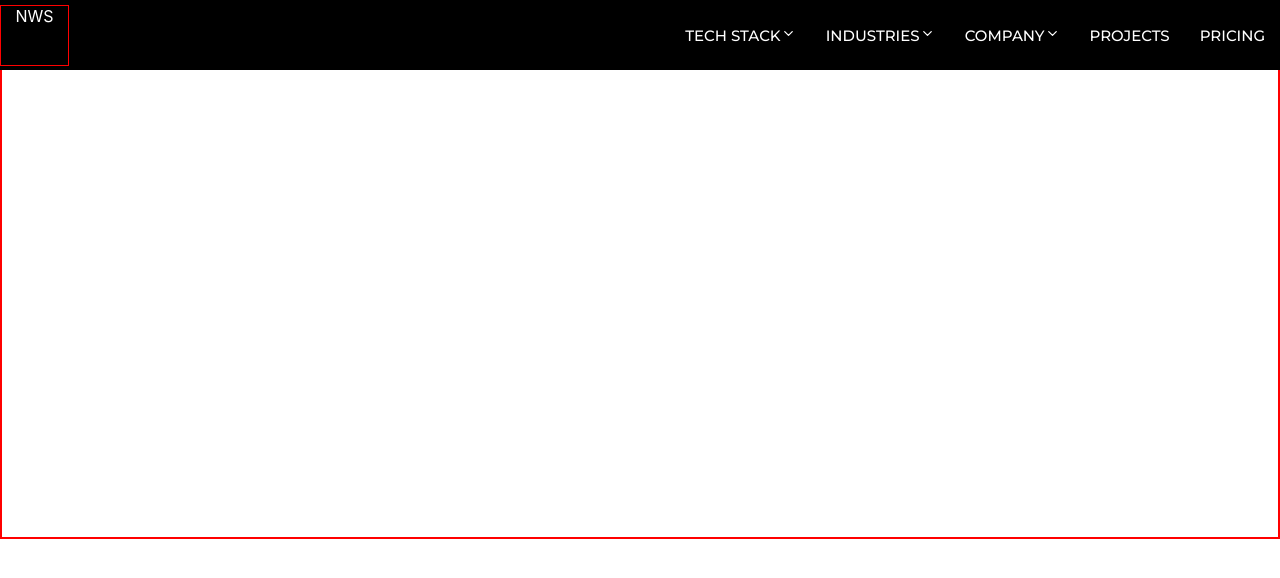
Repository: EdgarSargsyan2001/NWSlab21062022
Page: /
The author's editor kept a copy of each file at every save. The page is drawn from the files as they stood at one save, then again after a run of saves.
The browser window is 1280 px wide. The pictures show the whole page.
The project was rebuilt for these pictures with package versions that can differ from the ones it lists, and the page was loaded fresh each time.

Above is the page before, as saved 2022-06-23 11:34:59.

### public/index.html
<!DOCTYPE html>
<html lang="en">
  <head>
    <meta charset="utf-8" />
    <link rel="icon" href="%PUBLIC_URL%/favicon.ico" />
    <meta name="viewport" content="width=device-width, initial-scale=1" />
    <meta name="theme-color" content="#000000" />
    <meta
      name="description"
      content="Web site created using create-react-app"
    />
    <link rel="preconnect" href="https://fonts.googleapis.com">
    <link rel="preconnect" href="https://fonts.gstatic.com" crossorigin>
    <link href="https://fonts.googleapis.com/css2?family=Grandstander:ital,wght@0,100;0,200;0,300;0,400;0,500;0,600;0,700;1,100;1,200;1,300;1,400;1,500;1,600;1,700&family=Montserrat:ital,wght@0,100;0,200;0,300;0,400;0,500;0,600;1,100;1,200;1,300;1,400;1,500;1,600&display=swap" rel="stylesheet">
    <link rel="apple-touch-icon" href="%PUBLIC_URL%/logo192.png" />
    <!--
      manifest.json provides metadata used when your web app is installed on a
      user's mobile device or desktop. See https://developers.google.com/web/fundamentals/web-app-manifest/
    -->
    <link rel="manifest" href="%PUBLIC_URL%/manifest.json" />
    <!--
      Notice the use of %PUBLIC_URL% in the tags above.
      It will be replaced with the URL of the `public` folder during the build.
      Only files inside the `public` folder can be referenced from the HTML.

      Unlike "/favicon.ico" or "favicon.ico", "%PUBLIC_URL%/favicon.ico" will
      work correctly both with client-side routing and a non-root public URL.
      Learn how to configure a non-root public URL by running `npm run build`.
    -->
    <title>React Redux App</title>
  </head>
  <body>
    <noscript>You need to enable JavaScript to run this app.</noscript>
    <div id="root"></div>
    <!--
      This HTML file is a template.
      If you open it directly in the browser, you will see an empty page.

      You can add webfonts, meta tags, or analytics to this file.
      The build step will place the bundled scripts into the <body> tag.

      To begin the development, run `npm start` or `yarn start`.
      To create a production bundle, use `npm run build` or `yarn build`.
    -->
  </body>
</html>

### src/index.tsx
import React from 'react';
import { createRoot } from 'react-dom/client';
import { Provider } from 'react-redux';
import { BrowserRouter } from "react-router-dom";
import { store } from './app/store';
import App from './App';
import reportWebVitals from './reportWebVitals';
import './index.css';

const container = document.getElementById('root')!;
const root = createRoot(container);

root.render(
  // <React.StrictMode>
  <BrowserRouter>
    <Provider store={store}>
      <App />
    </Provider>
    </BrowserRouter>
  // </React.StrictMode>
);

// If you want to start measuring performance in your app, pass a function
// to log results (for example: reportWebVitals(console.log))
// or send to an analytics endpoint. Learn more: https://bit.ly/CRA-vitals
reportWebVitals();

### src/app/store.ts
import { configureStore } from "@reduxjs/toolkit";



export const store = configureStore({
  reducer: {

  },
});

### src/App.tsx
import React from 'react';
import { Route, Routes } from 'react-router-dom';
import './App.css';
import MainLayout from './Layouts/mainLayout/MainLayout';
import HomePage from './Pages/HomePage/HomePage';

function App() {
  return (
    <div >
        <Routes>
          <Route path='/' element={<MainLayout/>}>
            <Route path='/' element={<HomePage/>}  />
            {/* <Route path='' element={} /> */}
            {/* <Route path='' element={} /> */}
            {/* <Route path='' element={} /> */}
          </Route>
        </Routes>
    </div>
  );
}

export default App;

### src/Layouts/mainLayout/MainLayout.tsx


import { Outlet } from "react-router-dom";
import Footer from "../Footer/Footer";
import Header from "../Header/Header";
import "./MainLayout.css";



export default function MainLayout(){

    return(
        <div >
            <Header />

            <Outlet />

            <Footer />
        </div>
    )
}

### src/Pages/HomePage/HomePage.tsx
import React from 'react'
import MainComp1 from '../../Components/VideoMain/mainComp1/mainComp1'
import VideoMain from '../../Components/VideoMain/VideoMain'


function HomePage() {
  return (
    <div className='homePage'>
        {/* <VideoMain
            path='./Assets/main.gif'
            height='900px'
            text="it outstaffing company "
        /> */}
        {/* <MainComp1
          titleMain='fuel your project with an expert team of industry focused engineers'
          btnOpen={false}
          title1='Extensive experience'
          desc1='For over a decade we have developed thousands of outstanding projects that helped our clients accomplish their business goals'
          num1='1000+'
          text1='successful projects'

          title2='Industry-focused specialists '
          desc2="With a strong focus on technology-intensive industries and constant attention to detail and IT trends, NWSLAB's specialists help clients from all over the world"
          num2='15'
          text2='years in business'

          title3='Customer loyalty '
          desc3='NWSLAB’s high standards, effective project delivery, and ability to develop IT solutions of any kind, enable us to enjoy wide recognition. As a result, 90% of our customers are recurring and recommend us to their partners    '
          num3='90%'
          text3 ='recurring customers'

        /> */}
        {/* <MainComp1
          titleMain='software development collaboration models'
          btnOpen={true}
          title1='Team Augmentation'
          desc1="Strengthen your IT team with NWSLAB's top-notch experts while retaining full responsibility for your IT project, its goals, and outcomes."

          title2='Product Development Servicesе '
          desc2="Let NWSLAB’s experienced IT team ensure an end-to-end implementation of your IT project and share the responsibility for it with you "

          title3='Outsourced IT services'
          desc3="NWSLAB’s team will provide you with top-class IT services and assume full responsibility for the eventual success and results"


        />  */}

    </div>
  )
}

export default HomePage

### src/Layouts/Footer/Footer.tsx
import React from 'react'
import './Footer.css'

function Footer() {
  return (
    <div className='Footer'>Footer</div>
  )
}

export default Footer

### src/Layouts/Header/Header.tsx
import React from 'react'
import { ContainerStl, HeaderStl } from '../../style/headerStyle'
import { FiChevronDown } from "react-icons/fi";


function Header() {


  return (
    <div>
        <HeaderStl>
          <ContainerStl>
              <div className='header__inner'>
                    <div className='header__logo'>NWS</div>

                    <nav>
                      <a className='nav__link' href='#'>Tech Stack<FiChevronDown/></a>
                      <a className='nav__link' href='#'>Industries<FiChevronDown/></a>
                      <a className='nav__link' href='#'>Company<FiChevronDown/></a>
                      <a className='nav__link' href='#'>Projects</a>
                      <a className='nav__link' href='#'>Pricing</a>
                    </nav>

              </div>
          </ContainerStl>
        </HeaderStl>

        <div className='intro'>
          <ContainerStl>

            <h1>cont</h1>


          </ContainerStl>
        </div>
    </div>
  )
}

export default Header

### src/Layouts/Footer/Footer.css
.Footer{
    height: 500px;
    border: 2px solid red;
}

### src/style/headerStyle.ts
import styled from 'styled-components'


export const HeaderStl = styled.header`

    width: 100vw;
    height: 70px;
    background:rgb(0,0,0 ,500) ;
    position: fixed;
    top: 0;
    left: 0;
    z-index:15;
    display: flex;
    align-items: center;

    .header__inner{
        display: flex;
        justify-content: space-between;
        align-items: center;
    }
    .header__logo{
        width: 69px;
        height: 61px;
        border: 1px solid red;
        color: white;
        text-align: center;

    }
    nav{
        text-transform: uppercase;
        font-family: 'Montserrat';
    }
    .nav__link{
        color: #fff;
        text-decoration:none;
        margin: 0 15px;
        font-weight: 500;
        font-size: 15px;
        line-height: 110%;
        transition: .2s;
    }
    .nav__link:hover{
        color: blue;
    }


`


export const ContainerStl = styled.div`
    width: 100%;
    max-width: 1500px;
    margin: 0 auto;

`

Loaded but not shown: src/reportWebVitals.ts (common file); src/index.css (common file); src/App.css (common file); src/Layouts/mainLayout/MainLayout.css (no stored copy; drawn as an empty file)

After the next 2 saves:
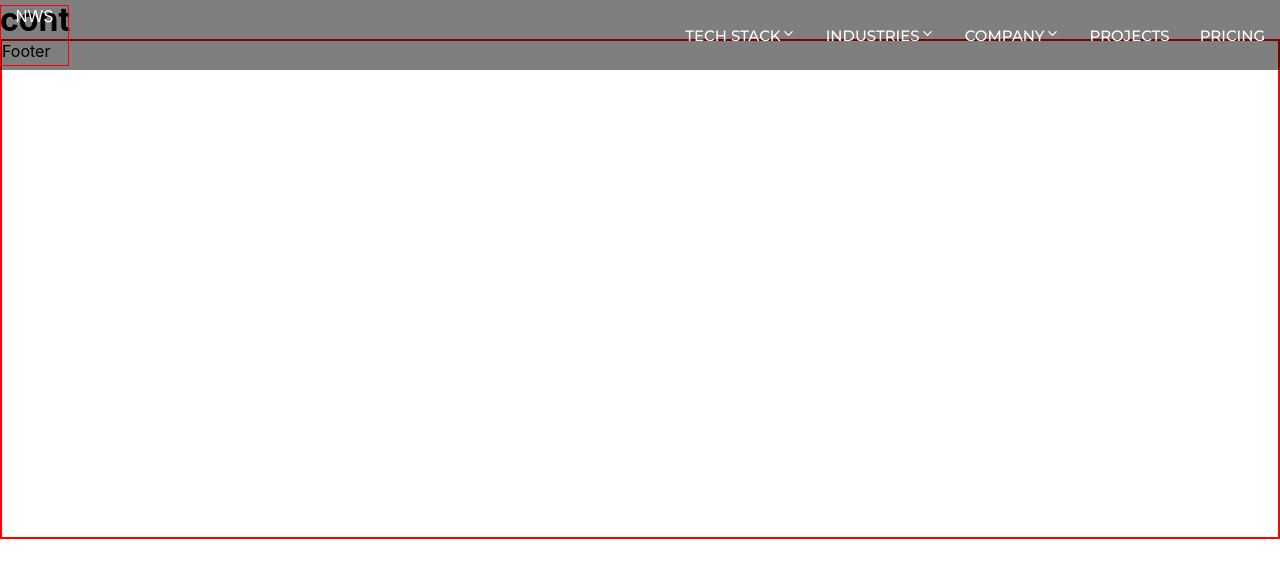
The 2 saves are shown as one change because they came seconds apart.
The last was saved 5 s later.
--- a/src/style/headerStyle.ts
+++ b/src/style/headerStyle.ts
@@ -5,7 +5,7 @@
 
     width: 100vw;
     height: 70px;
-    background:rgb(0,0,0 ,500) ;
+    background:rgb(0,0,0,0.500) ;
     position: fixed;
     top: 0;
     left: 0;
